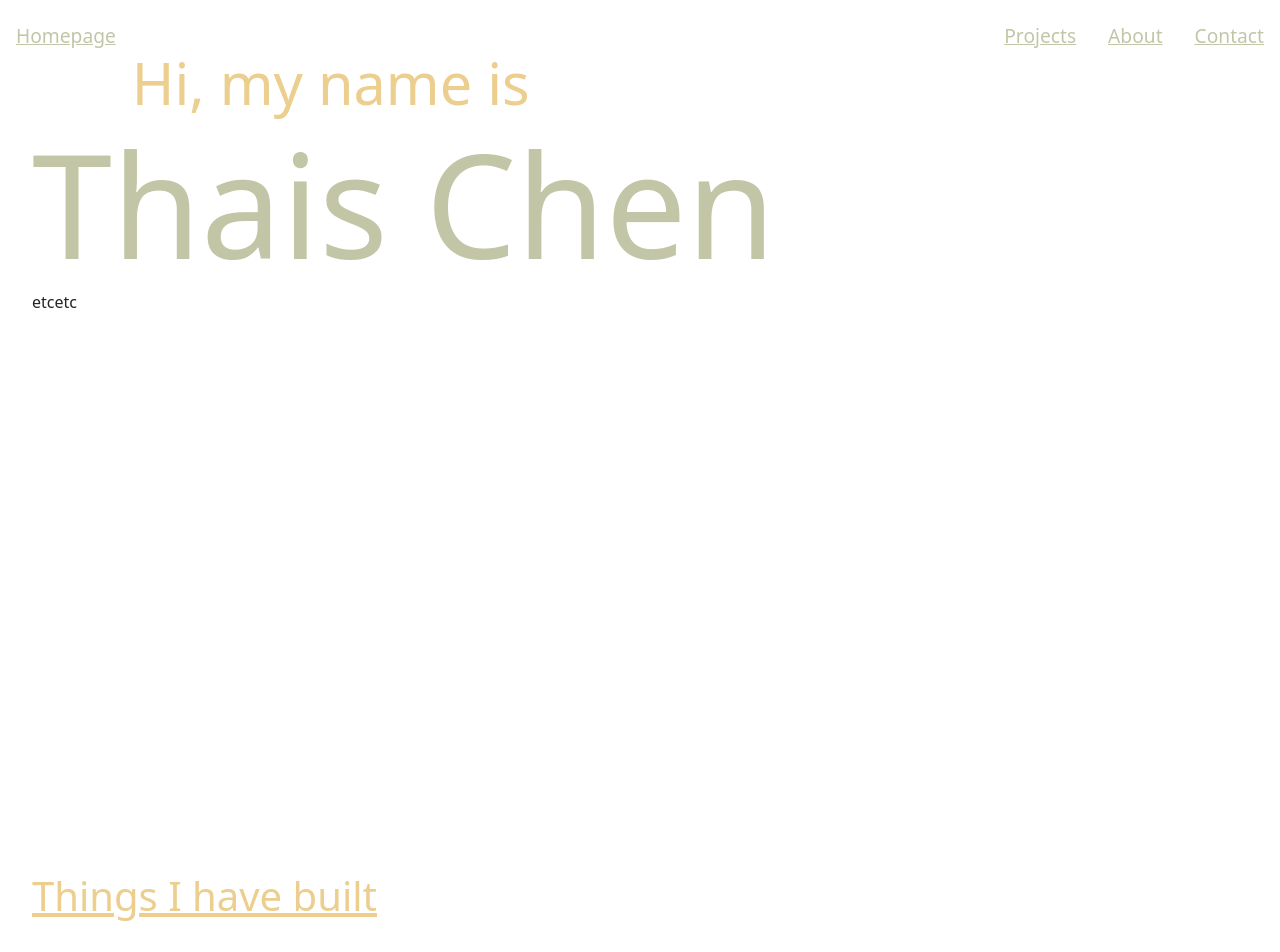
Repository: thais-chen/Portfolio
Page: index.html
An editor plug-in stored every save of this project. The page is shown before and after a run of saves, followed by the edit.
The browser window is 1280 px wide. The pictures show the whole page.

Above is the page before, as saved 2022-06-17 19:09:32.

### index.html
<!DOCTYPE html>
<html lang="en">
  <head>
    <meta charset="UTF-8">
    <meta name="viewport" content="width=device-width, initial-scale=1.0">
    <meta http-equiv="X-UA-Compatible" content="ie=edge">
    <title>Thais Chen</title>
    <!-- CSS only -->
<link href="https://cdn.jsdelivr.net/npm/bootstrap@5.2.0-beta1/dist/css/bootstrap.min.css" rel="stylesheet"
    integrity="sha384-0evHe/X+R7YkIZDRvuzKMRqM+OrBnVFBL6DOitfPri4tjfHxaWutUpFmBp4vmVor" crossorigin="anonymous">
<link rel="stylesheet" href="./style.css">
  </head>
  <body>
    <header>
        <nav  class="navbar">
            <ul>
                <li class="nav-icon"><a href="#contact" > Contact</a></li>
                <li><a href="#about"> About</a> </li>
                <li><a href="#projects"> Projects</a></li>
                <li style="float:left"><a href="#"> Homepage </a> </li>
            </ul>
        </nav>
    </header>
    <main>
        <div>
        <section id="intro">
            <h3>Hi, my name is </h3>
            <h1>Thais Chen</h1>
            <p>etcetc</p>
        </section>
        <section id="projects">
            <h3> Things I have built </h3>
            <div id="first-proj">

            </div>
        </section>
        <section id="about">

        </section>
        <section id="contact">

        </section>
    </div>
    </main>
    <!-- JavaScript Bundle with Popper -->
    <script src="https://cdn.jsdelivr.net/npm/bootstrap@5.2.0-beta1/dist/js/bootstrap.bundle.min.js" integrity="sha384-pprn3073KE6tl6bjs2QrFaJGz5/SUsLqktiwsUTF55Jfv3qYSDhgCecCxMW52nD2" crossorigin="anonymous"></script>
	<script src="script.js"></script>
  </body>
</html>

### style.css
section{
    margin: 2rem;
}
/*navbar*/
.navbar{
    display: block;
}
.navbar ul {
    list-style: none;
    padding: 0;
    margin: 0;
  }
  .navbar li {
    float: right;
  }
  .navbar li a {
    display: inline-block;
    text-align: center;
    color: #C2C6A7;
    padding: 14px 16px;
    font-size: larger;

}
/* introduction*/
#intro{
    min-height: 100vh;
}
#intro h3{
    color: #ECCE8E;
    font-size: 8vh;
    margin-bottom: 0;
    font-weight: 100;
}
#intro h1{
    color: #C2C6A7;
    font-size: 20vh;
    margin: 0;
}
/* projects */
#projects{
    padding-top: 10vh;
}
#projects h3{
    color:#ECCE8E;
    font-size: 2.5rem;
    text-decoration: underline;


}

Loaded but not shown: script.js (no copy from this time; the picture is the same without it)

After the next 2 saves:
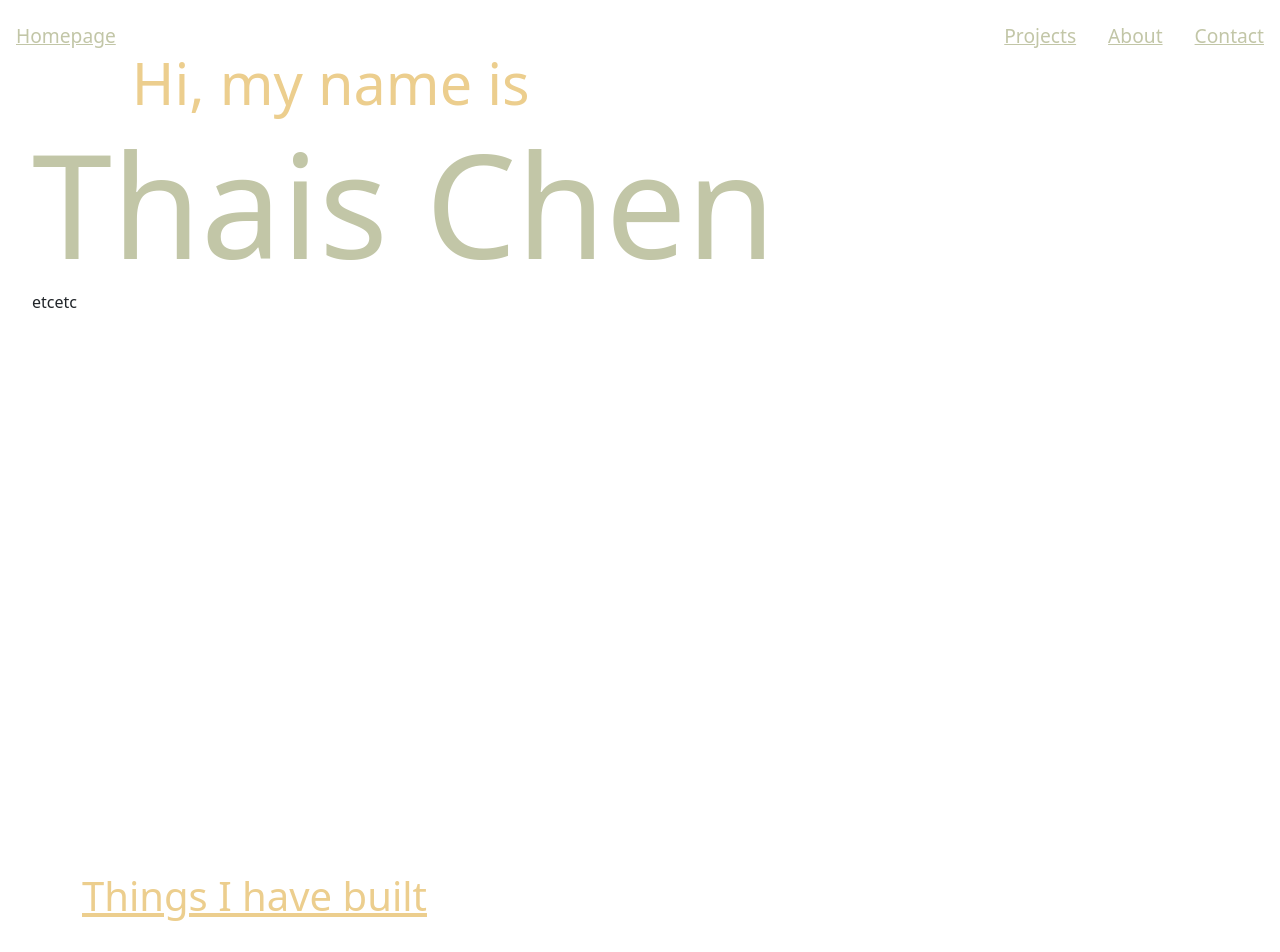
The 2 saves are shown as one change because they came seconds apart.
The last was saved 57 s later.
--- a/index.html
+++ b/index.html
@@ -28,7 +28,7 @@
             <h1>Thais Chen</h1>
             <p>etcetc</p>
         </section>
-        <section id="projects">
+        <section id="projects" class="container">
             <h3> Things I have built </h3>
             <div id="first-proj">
 

After the save that followed:
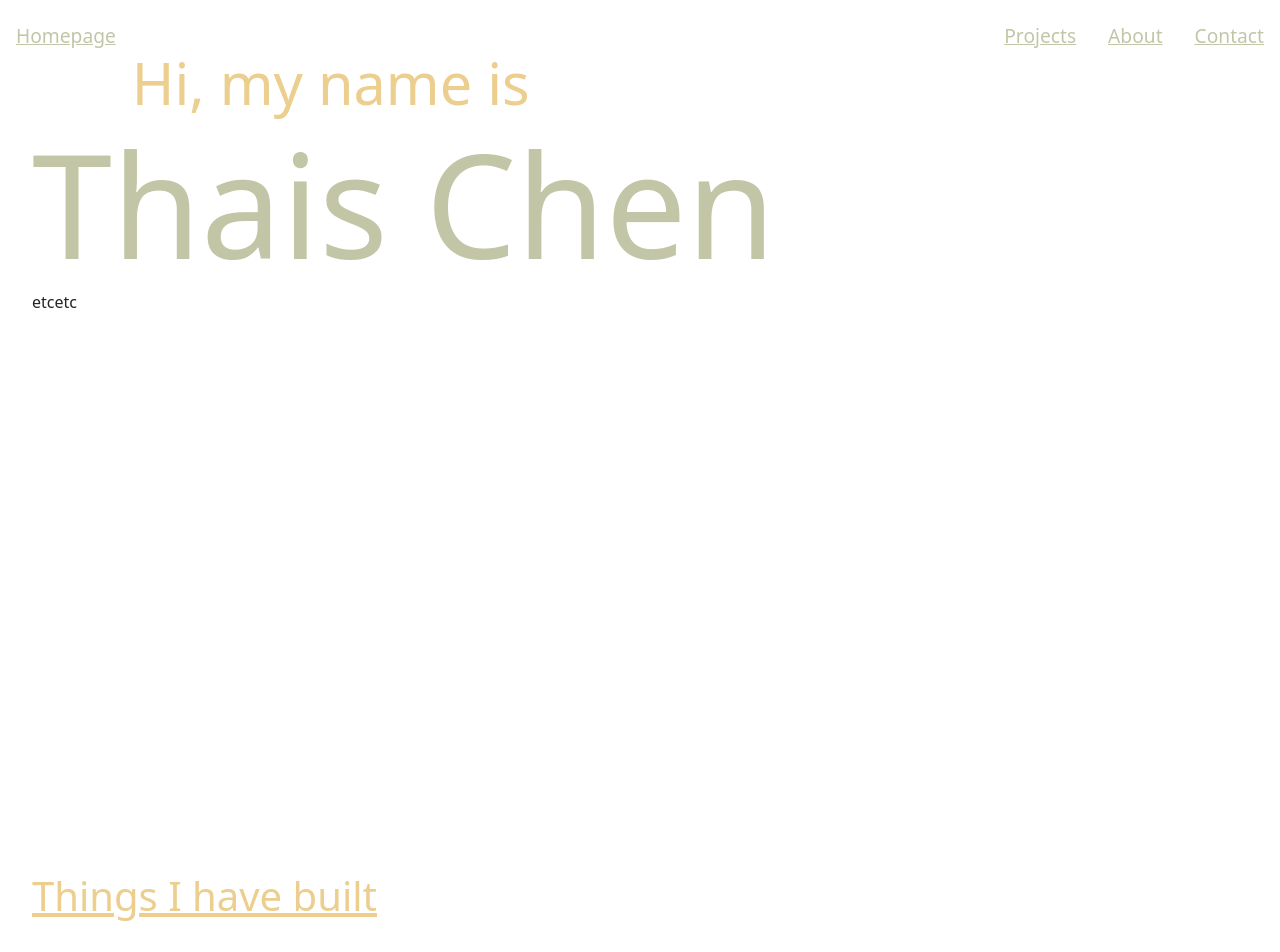
Saved 19 s later.
--- a/index.html
+++ b/index.html
@@ -28,7 +28,7 @@
             <h1>Thais Chen</h1>
             <p>etcetc</p>
         </section>
-        <section id="projects" class="container">
+        <section id="projects">
             <h3> Things I have built </h3>
             <div id="first-proj">
 
